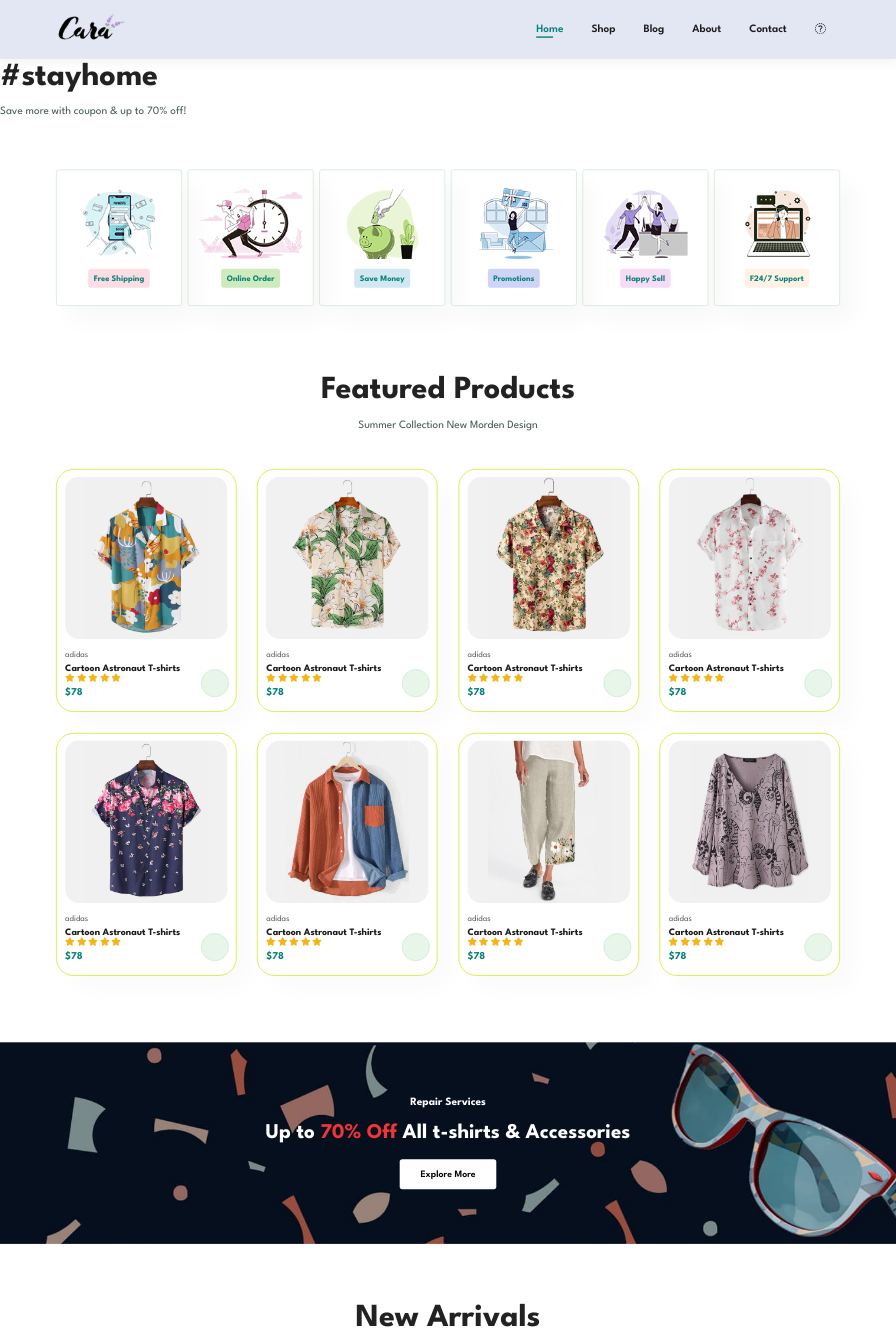
Repository: quy261001/cara
Page: shop.html
The author's editor kept a copy of each file at every save. The page is drawn from the files as they stood at one save, then again after the next save.
The browser window is 1280 px wide. The pictures show the part of the page from y = 0 to 1920 px (the page is 4143 px tall), at 70% of full size.

Above is the page before, as saved 2022-05-03 13:28:59.

After the next save:
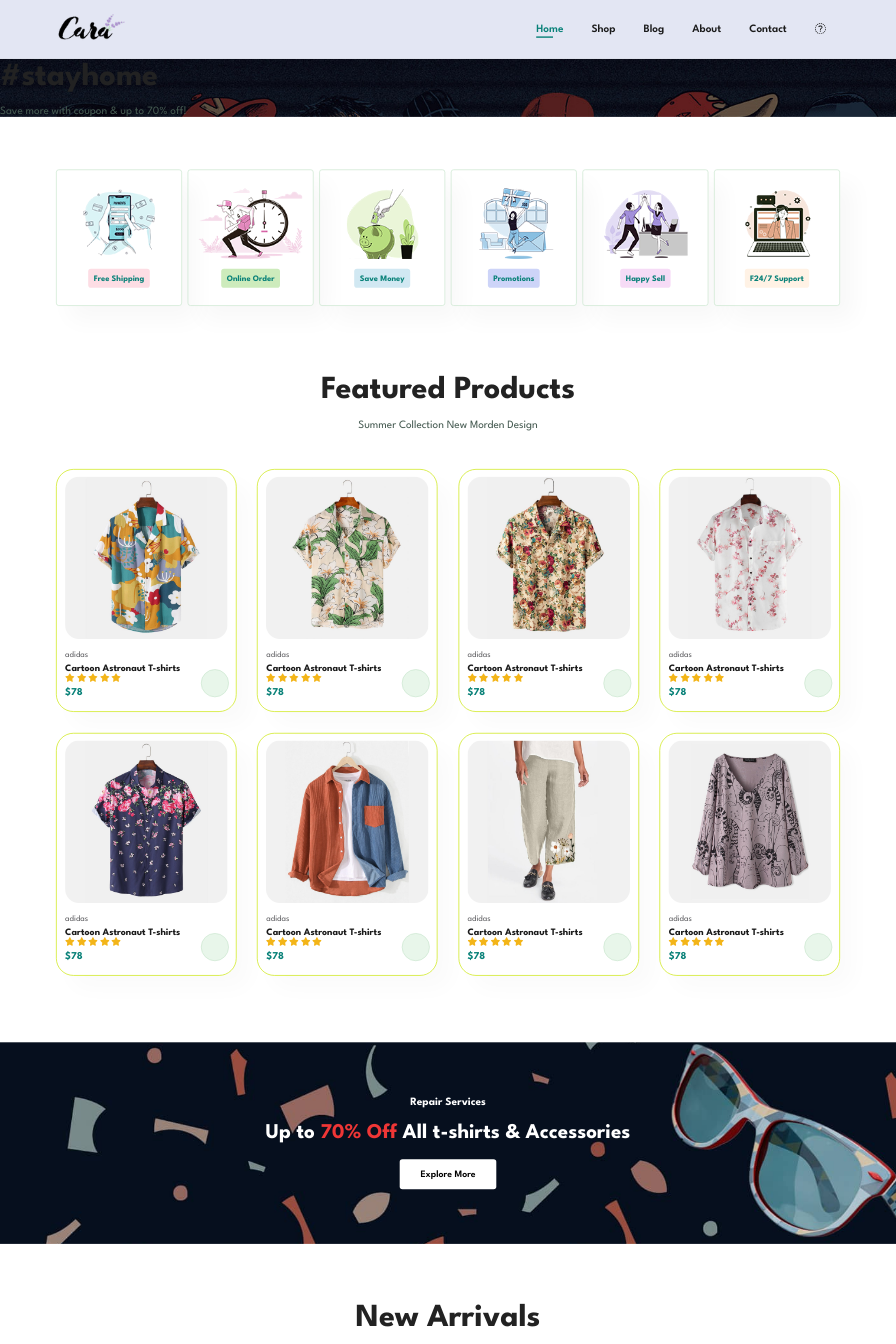
Saved 88 s later.
--- a/style.css
+++ b/style.css
@@ -476,6 +476,15 @@ footer a:hover {
   width: 100%;
   text-align: center;
 }
+
+/* Shop page */
+.page-header {
+  background-image: url("img/banner/b1.jpg");
+}
+
+
+
+
 
 /* Start Media Query */
 
